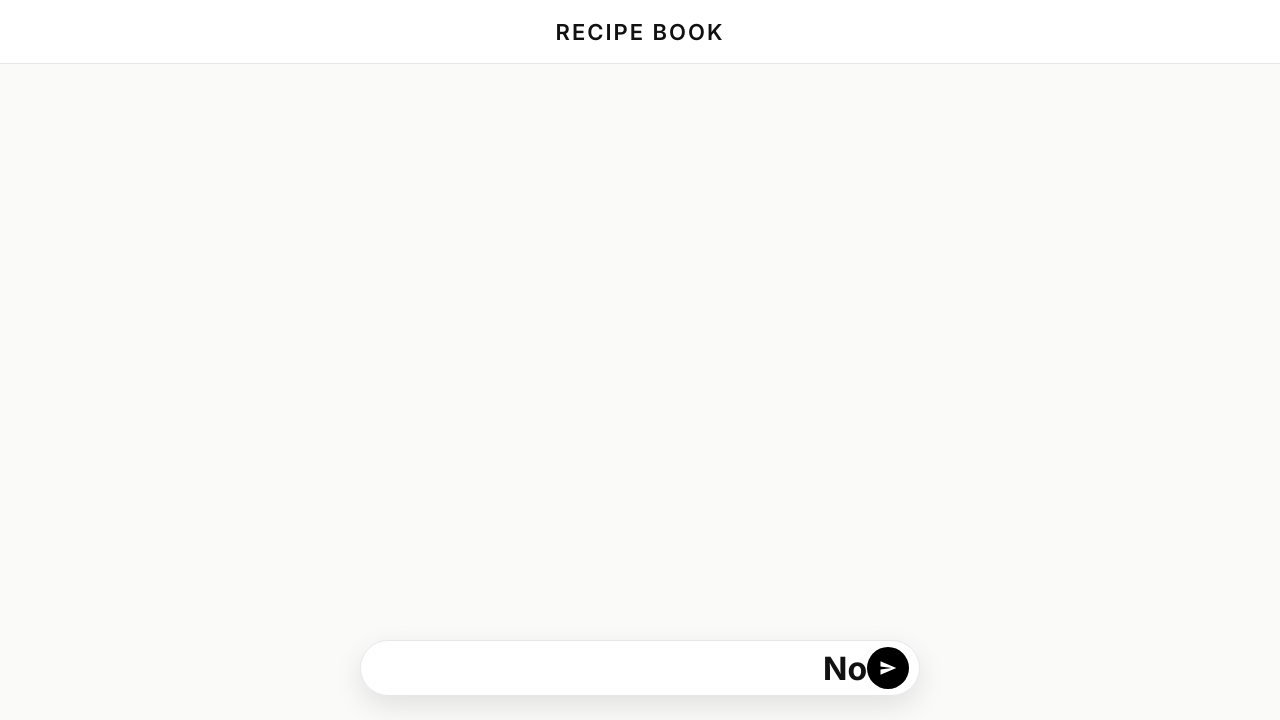
Repository: Tanvir0072309/Recipe-App
Page: /
These files come from the project's save history. The page is drawn as it stood at one moment and after a run of saves; the edit follows.
The browser window is 1280 px wide. The pictures show the whole page.
The project was rebuilt for these pictures with package versions that can differ from the ones it lists, and the page was loaded fresh each time. Also part of the build but not shown: vite.config.js.

Above is the page before, as saved 2026-01-25 15:07:11.

### index.html
<!doctype html>
<html lang="en">
  <head>
    <meta charset="UTF-8" />
    <meta name="viewport" content="width=device-width, initial-scale=1.0" />
    <title>Recipe App</title>
  </head>
  <body>
    <div id="root"></div>
    <script type="module" src="/src/index.jsx"></script>
  </body>
</html>

### src/index.jsx
import React from "react";
import ReactDOM from "react-dom/client";
import { Header } from "./components/header";
import { RecipeInput } from "./components/RecipeInput";
import "./index.css";
import MyMain from "./components/main";

const root = ReactDOM.createRoot(document.getElementById("root"));

root.render(
    <React.StrictMode>
        <Header />
        <MyMain />
    </React.StrictMode>
);

### src/components/header.jsx
import React from "react";
import "../index.css"; // kyunki index.css src me hai

export function Header() {
    return (
        <header className="ai-header">
            <h1 className="app-title">RECIPE BOOK</h1>
        </header>
    );
}

### src/components/RecipeInput.jsx
import { useState, useRef } from "react";
import "../index.css";
import React from "react";

export function RecipeInput({ onAdd }) {
    const [result, setResult] = React.useState("No");
    const [text, setText] = useState("");
    const inputRef = useRef(null);

    const handleSubmit = (e) => {
        e.preventDefault();

        if (text.trim() === "") return;

        onAdd(text);     // ✅ array me ja raha
        setText("");     // ✅ input clear

        inputRef.current.focus(); // ✅ cursor back
    };

    function handleChange() {
        setResult(prev => !prev);
    }

    return (
        <form onSubmit={handleSubmit}>
            <div className="floating-input">
                <input
                    ref={inputRef}
                    type="text"
                    value={text}
                    onChange={(e) => setText(e.target.value)}
                    autoFocus
                />
                <h1>{result}</h1>
                <button onClick={handleChange} type="submit" aria-label="submit">
                    {/* FIXED ICON */}
                    <svg
                        width="18"
                        height="18"
                        viewBox="0 0 24 24"
                        fill="white"
                    >
                        <path d="M2 21L23 12L2 3V10L17 12L2 14Z" />
                    </svg>
                </button>
            </div>
        </form>
    );
}

### src/index.css
/* ===== GOOGLE FONT ===== */
@import url("https://fonts.googleapis.com/css2?family=Inter:wght@400;500;600;700&display=swap");

/* ===== RESET ===== */
* {
  margin: 0;
  padding: 0;
  box-sizing: border-box;
  font-family: "Inter", system-ui, sans-serif;
}

/* ===== PAGE ===== */
body {
  background: #fafaf8;
  color: #111111;
  min-height: 100vh;
}

/* ===== HEADER ===== */
.ai-header {
  height: 64px;
  width: 100%;
  background: #ffffff;

  display: flex;
  align-items: center;
  justify-content: center;
  gap: 12px;

  border-bottom: 1px solid #e5e7eb;
}

.logo-icon {
  font-size: 20px;
  opacity: 0.85;
}

.app-title {
  font-size: 22px;
  font-weight: 600;
  letter-spacing: 2px;
  text-transform: uppercase;
}

/* ===== FLOATING INPUT ===== */
.floating-input {
  position: fixed;
  bottom: 24px;
  left: 50%;
  transform: translateX(-50%);

  width: min(92%, 560px);
  height: 56px;

  background: #ffffff;
  border: 1px solid #e5e7eb;
  border-radius: 999px;

  display: flex;
  align-items: center;
  padding: 8px 10px 8px 18px;

  box-shadow: 0 12px 32px rgba(0, 0, 0, 0.1);
}

/* ===== INPUT ===== */
.floating-input input {
  flex: 1;
  border: none;
  outline: none;
  font-size: 15px;
  background: transparent;
  color: #111111;
}

/* ===== BUTTON ===== */
.floating-input button {
  width: 42px;
  height: 42px;
  border-radius: 50%;
  border: none;

  background: #000000;
  color: #ffffff;
  font-size: 18px;

  cursor: pointer;
  display: flex;
  align-items: center;
  justify-content: center;
}

.floating-input button:hover {
  opacity: 0.9;
}

/* ===== RECIPE LIST ===== */
/* ===== FLOATING INPUT ===== */
.floating-input {
  position: fixed;
  bottom: 24px;
  left: 50%;
  transform: translateX(-50%);

  width: min(92%, 560px);
  height: 56px;

  background: #ffffff;
  border-radius: 999px;

  display: flex;
  align-items: center;
  padding: 8px 10px 8px 18px;

  box-shadow: 0 10px 28px rgba(0, 0, 0, 0.1);
}

/* ===== INPUT (CURSOR ONLY) ===== */
.floating-input input {
  flex: 1;
  border: none;
  outline: none;
  background: transparent;

  font-size: 15px;
  color: #111111;
  caret-color: #000000;
  /* 👈 cursor line */
}

/* remove default focus styles */
.floating-input input:focus {
  outline: none;
  box-shadow: none;
}

/* ===== BUTTON ===== */
.floating-input button {
  width: 42px;
  height: 42px;
  border-radius: 50%;
  border: none;

  background: #000000;
  cursor: pointer;

  display: flex;
  align-items: center;
  justify-content: center;
}

/* index.css mein check karein */
ul {
  list-style: disc;
  margin: 20px;
  color: black;
  /* Ensure text color is visible */
}

li {
  padding: 10px;
  border-bottom: 1px solid #eee;
}

### src/components/main.jsx
import { useState } from "react";
import { RecipeInput } from "./RecipeInput";
import React from "react";

export default function Main() {
    const [items, setItems] = useState([]);


    const addItem = (value) => {
        setItems((prev) => [...prev, value]);
    };

    return (
        <>
            <div style={{ paddingBottom: "120px" }}>
                <ul>
                    {items.map((item, i) => (
                        <li key={i}>{item}</li>
                    ))}
                </ul>
            </div>

            <RecipeInput onAdd={addItem} />
        </>
    );
}

After the next 2 saves:
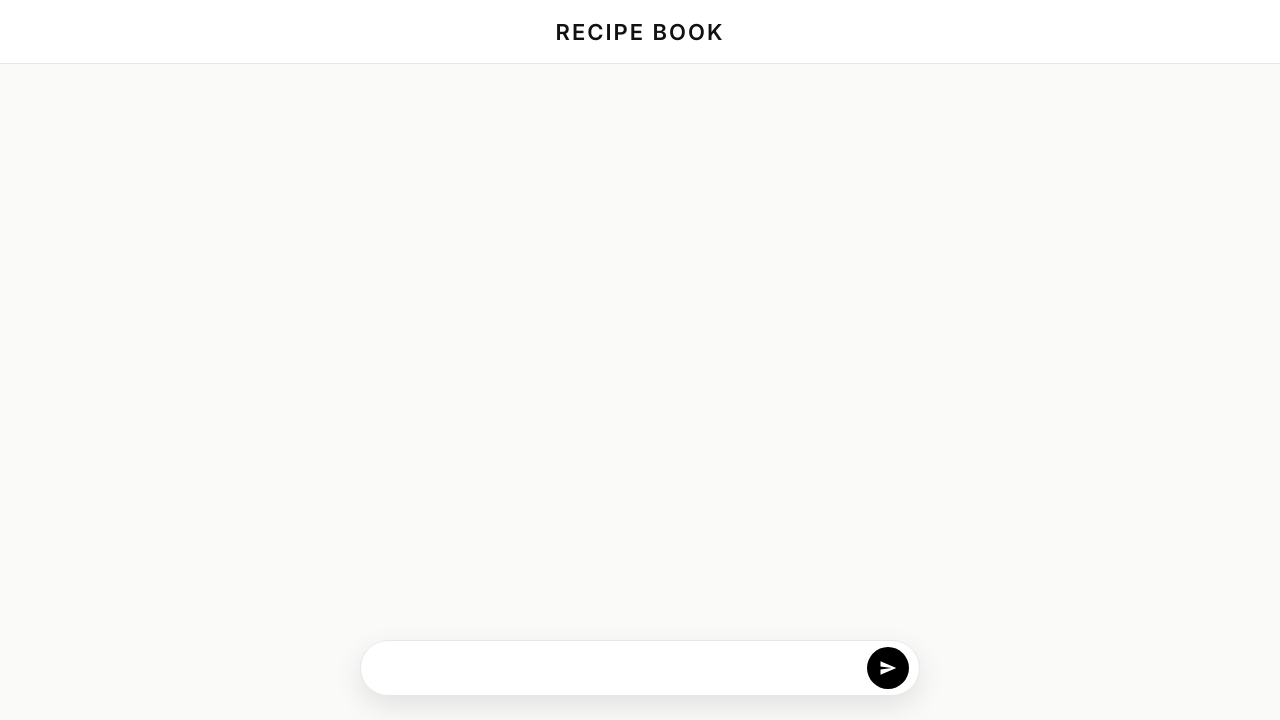
The 2 saves are shown as one change because they came seconds apart.
The last was saved 33 s later.
--- a/src/components/RecipeInput.jsx
+++ b/src/components/RecipeInput.jsx
@@ -32,7 +32,7 @@ export function RecipeInput({ onAdd }) {
                     onChange={(e) => setText(e.target.value)}
                     autoFocus
                 />
-                <h1>{result}</h1>
+                <h1>{setResult}</h1>
                 <button onClick={handleChange} type="submit" aria-label="submit">
                     {/* FIXED ICON */}
                     <svg
